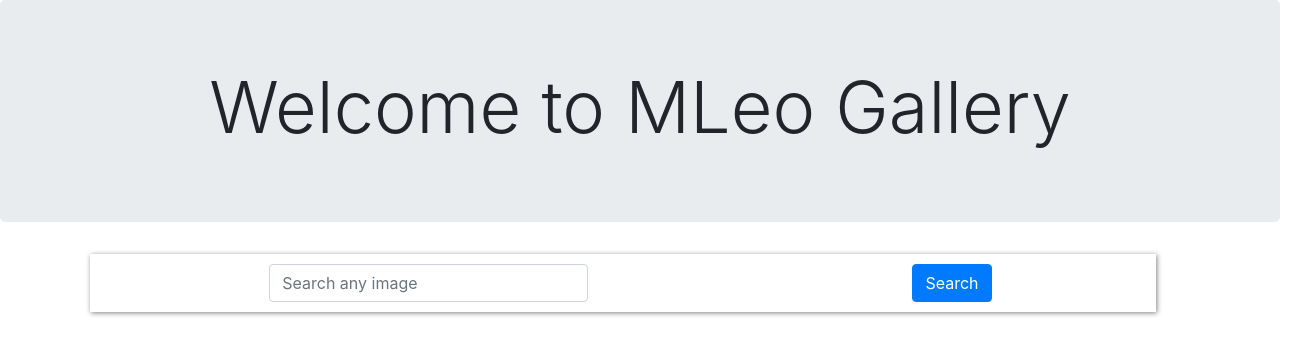
Repository: the-manohar/gallery
Page: /
An editor plug-in stored every save of this project. The page is shown before and after the next save, followed by the edit.
The browser window is 1280 px wide. The page is 1295 px wide, so the pictures cover 1295 px, including what lies to the right of the window. The pictures show the whole page.
The project was rebuilt for these pictures with package versions that can differ from the ones it lists, and the page was loaded fresh each time.

Above is the page before, as saved 2020-06-18 23:43:07.

### src/index.js
import React from "react";
import ReactDOM from "react-dom";
import "./index.css";
import "bootstrap/dist/css/bootstrap.css";
import App from "./App";
import * as serviceWorker from "./serviceWorker";

ReactDOM.render(
  <React.StrictMode>
    <App />
  </React.StrictMode>,
  document.getElementById("root")
);

// If you want your app to work offline and load faster, you can change
// unregister() to register() below. Note this comes with some pitfalls.
// Learn more about service workers: https://bit.ly/CRA-PWA
serviceWorker.unregister();

### src/App.js
import React, { useState } from "react";
import { Button, InputGroup, Input, Jumbotron, Spinner } from "reactstrap";

import "./App.css";

function App() {
  const [value, setValue] = useState("");
  const [result, setResult] = useState([]);
  const fetchImages = () => {
    fetch(
      `https://api.unsplash.com/search/photos/?client_id=V38aA4zOjg1Xb1lBpNRUAK8duXvqwhDHHJbssXB_Pps&query=${value}&orientation=squarish&per_page=18`
    )
      .then((res) => res.json())
      .then((data) => {
        setResult(data.results);
      });
  };
  return (
    <div className="row">
      <div className="App col-sm-5 col-md-12 col-xs-8">
        <Jumbotron>
          <h1 className="display-3">Welcome to MLeo Gallery</h1>
        </Jumbotron>
        <div className="mydiv col-sm-4 col-md-10 col-xs-4">
          <InputGroup className="col-sm-4 col-xs-4">
            <Input
              placeholder="Search any image"
              value={value}
              onChange={(event) => setValue(event.target.value)}
            />
          </InputGroup>
          <Button color="primary" onClick={() => fetchImages()}>
            Search
          </Button>
        </div>

        {
          result.length > 0 ? (
            <div className="col-sm-12">
              {result.map((item) => {
                return (
                  <img
                    className=" img-thumbnail"
                    key={item.id}
                    src={item.urls.small}
                    alt={item.urls.small}
                  />
                );
              })}
            </div>
          ) : null
          // <Spinner style={{ width: "3rem", height: "3rem" }} />
        }
      </div>
    </div>
  );
}

export default App;

//

### src/App.css
.App {
  text-align: center;
}
.mydiv {
  display: flex;
  justify-content: space-around;
  margin: 10px 7%;
  box-shadow: 1px 1px 5px grey;
  padding: 10px;
}

.gallery {
  display: flex;
  flex-wrap: wrap;
  justify-content: space-around;
}
.item {
  width: 30%;
  margin: 5px;
}

Loaded but not shown: public/index.html (common file); src/index.css (common file); src/serviceWorker.js (common file)

After the next save:
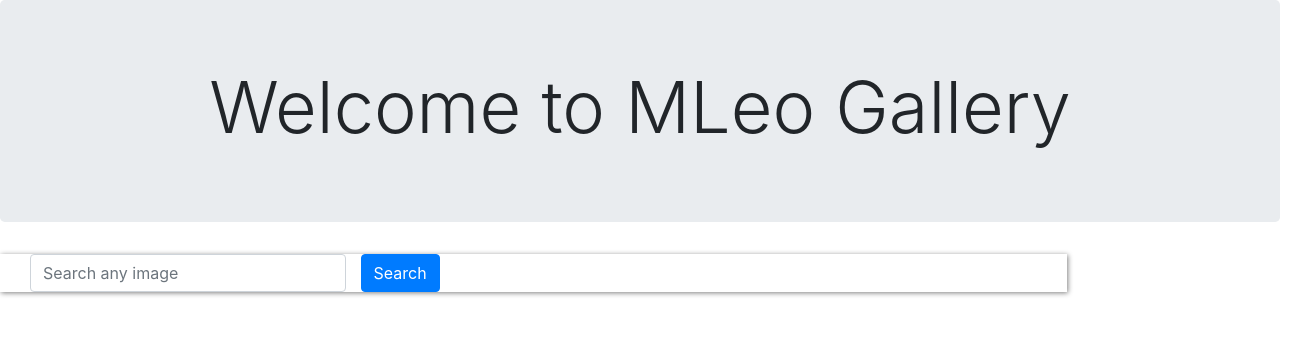
Saved 38 s later.
--- a/src/App.css
+++ b/src/App.css
@@ -3,10 +3,8 @@
 }
 .mydiv {
   display: flex;
-  justify-content: space-around;
-  margin: 10px 7%;
+
   box-shadow: 1px 1px 5px grey;
-  padding: 10px;
 }
 
 .gallery {
